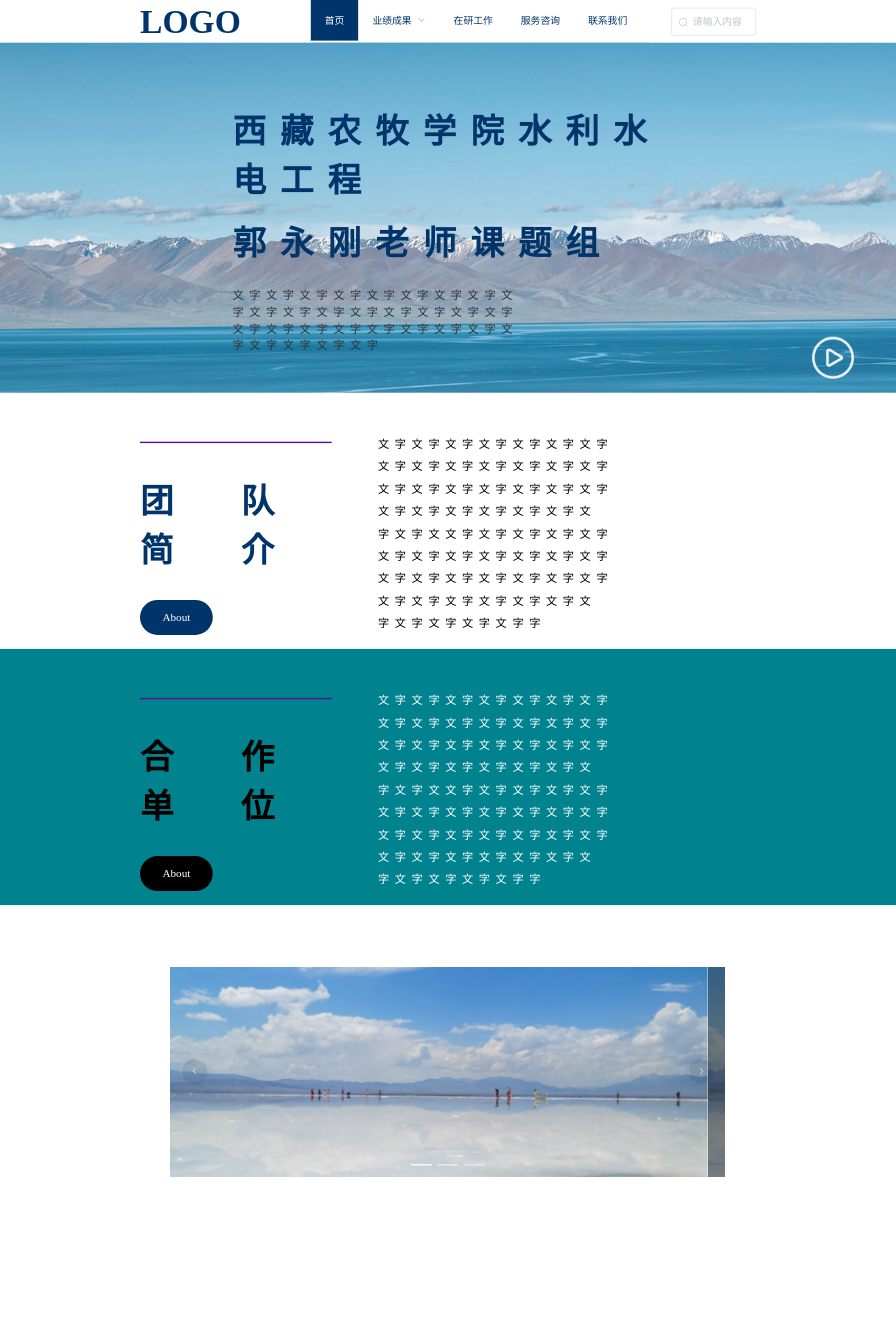
Repository: BLSY/xzust
Page: /
The author's editor kept a copy of each file at every save. The page is drawn from the files as they stood at one save, then again after the next save.
The browser window is 1280 px wide. The pictures show the whole page, at 70% of full size.
The project was rebuilt for these pictures with package versions that can differ from the ones it lists, and the page was loaded fresh each time.

Above is the page before, as saved 2022-11-27 11:02:08.

### index.html
<!DOCTYPE html>
<html>
  <head>
    <meta charset="utf-8">
    <meta name="viewport" content="width=device-width,initial-scale=1.0">
    <title>student</title>
  </head>
  <body style="margin:0;">
    <div id="app"></div>
    <!-- built files will be auto injected -->
  </body>
</html>

### src/main.js
// The Vue build version to load with the `import` command
// (runtime-only or standalone) has been set in webpack.base.conf with an alias.
import Vue from 'vue'
import App from './App'
import ElementUI from 'element-ui';
import 'element-ui/lib/theme-chalk/index.css';
import router from './router'

Vue.use(ElementUI);
Vue.config.productionTip = false

/* eslint-disable no-new */
new Vue({
  el: '#app',
  router,
  components: { App },
  template: '<App/>'
})

### src/App.vue
<template>
  <div id="app">
    <router-view/>
  </div>
</template>

<script>
export default {
  name: 'App'
}
</script>

<style>
#app {

}
</style>

### src/components/HelloWorld.vue
<template>
  <div class="indexBox">
    <div class="nav">
      <div class="login">LOGO</div>
      <div class="navList">
        <el-menu
          :default-active="activeIndex2"
          class="el-menu-demo"
          mode="horizontal"
          @select="handleSelect"
          background-color="#fff"
          text-color="#00356B"
          active-text-color="#fff"
        >
          <el-menu-item index="1">首页</el-menu-item>
          <el-submenu index="2">
            <template slot="title">业绩成果</template>
            <el-menu-item index="2-1">选项1</el-menu-item>
            <el-menu-item index="2-2">选项2</el-menu-item>
            <el-menu-item index="2-3">选项3</el-menu-item>
          </el-submenu>
          <el-menu-item index="3">在研工作</el-menu-item>
          <el-menu-item index="4">服务咨询</el-menu-item>
          <el-menu-item index="5">联系我们</el-menu-item>
        </el-menu>
      </div>
      <div class="serch">
        <el-input
          placeholder="请输入内容"
          prefix-icon="el-icon-search"
          v-model="input2"
        >
        </el-input>
      </div>
    </div>
    <div class="top">
      <div class="toptext">
        <h3 class="h-text">西藏农牧学院水利水电工程</h3>
        <h3 class="h-text" >郭永刚老师课题组</h3>
        <div class="detil">
          文字文字文字文字文字文字文字文字文字文字文字文字文字文字文字文字文字文字文字文字文字文字文字文字文字文字文字文字文字文字
        </div>

      </div>
      <div class="starvidio">
        </div>
    </div>
    <div class="team">
      <div class="team-left">
        <div class="line"></div>
        <h3 class="team-title">团队简介</h3>
        <div class="team-icon">About</div>
      </div>
      <div class="team-right">
        <div class="team-text">
          文字文字文字文字文字文字文字文字文字文字文字文字文字文字文字文字文字文字文字文字文字文字文字文字文字文字文字文
          字文字文文字文字文字文字文字文字文字文字文字文字文字文字文字文字文字文字文字文字文字文字文字文字文字文字文字文
          字文字文字文字文字字
        </div>

      </div>
    </div>
     <div class="cooperation">
      <div class="cooperation-left">
        <div class="line"></div>
        <h3 class="cooperation-title">合作单位</h3>
        <div class="cooperation-icon">About</div>
      </div>
      <div class="cooperation-right">
        <div class="cooperation-text">
          文字文字文字文字文字文字文字文字文字文字文字文字文字文字文字文字文字文字文字文字文字文字文字文字文字文字文字文
          字文字文文字文字文字文字文字文字文字文字文字文字文字文字文字文字文字文字文字文字文字文字文字文字文字文字文字文
          字文字文字文字文字字
        </div>

      </div>
    </div>
    <div class="preject">
      <div class="carousel">
         <el-carousel :interval="5000" arrow="always">
          <el-carousel-item v-for="(item,index) in imgList" :key="index">
            <img :src="item.idView"  class="image">
          </el-carousel-item>
        </el-carousel>
      </div>
    </div>
  </div>
</template>

<script>
export default {
  name: "HelloWorld",
  data() {
    return {
      activeIndex2: "1",
      input2: "",
      imgList:[
        {idView:require('../assets/preject.jpg')},
        {idView:require('../assets/black-preject.jpg')},
        {idView:require('../assets/topbackg.jpg')}
      ]
    };
  },
  props: {
    msg: String,
  },
  methods: {
    handleSelect(key, keyPath) {
      console.log(key, keyPath);
    },
  },
};
</script>

<!-- Add "scoped" attribute to limit CSS to this component only -->
<style scoped >
*{
  list-style: none;
}
h3{
  margin: 0;
  padding: 0;
  margin: 10px 0;
}
html{
  font-size: 16px;
}
.indexBox {
  width: 100%;
  height: 100%;
  position: relative;
  box-sizing: border-box;
}
.nav {
  display: flex;
  align-items: center;
  justify-content: center;
  padding: 0 200px;
}
.login {
  flex: 1;
  display: inline-block;
  font-size: 3em;
  font-weight: bold;
  color: #00356B;
  font-family: MicrosoftYaHei;
  margin-right: 100px;
}
.navList{
  flex: 4;
  display: inline-block;
  min-width:55%;
  font-size: 2em;
}
.serch{
  flex: 1;
  display: inline-block;
  margin-left:30px ;
}
.el-menu-item.is-active{
  background: #00356B !important;
}
.top{
  box-sizing: border-box;
  background: url(../assets/topbackg.jpg) no-repeat;
  background-size:100% 100% ;
  position: relative;
  height: 500px;
  display: flex;
  align-items: center;
  justify-content: center;
  /* text-align: center; */
  overflow: hidden;
  padding: 0 200px;
}
  .toptext{
    display: inline-block;
    margin-top: 20px;
    width: 70%;
    text-align: left;
  }
  .h-text{
    display: inline-block;
    color: #00356B;
    font-size: 3em;
    letter-spacing:20px;
  }
  .detil{
    margin-top: 20px;
    display: inline-block;
    width:70%;
    font-size: 1em;
    text-align: left;
    letter-spacing: 0.5em;
    color:#333;
  }
  .starvidio{
    background: url(../assets/bapfang.png) no-repeat;
    background-size:100% 100% ;
    position: absolute;
    bottom: 20px;
    right: 60px;
    height: 60px;
    width: 60px;
  }
  .team{
    height: 366px;
    display: flex;
    flex-direction: row;
    align-items: center;
    justify-content: space-between;
    padding: 0 200px;
  }
  .team-left{
    height: 250px;
    flex: 1;
    text-align: cente;
    display: inline-block;
    vertical-align: top;
  }
  .team-right{
    height: 250px;
    flex: 1;
    padding-right:200px ;
    display: inline-block;
    vertical-align: top;
  }
  .team-text{
    text-align: left;
   letter-spacing:0.5em;
   line-height: 2em;
  }
  .team-title{
    color: #00356B;
    font-size: 3em;
    letter-spacing:2em;
    margin: 40px 0;
  }
  .line{
    display: inline-block;
    margin: auto;
    width: 80%;
    border: 1px solid #5D0E8B;
  }
  .team-icon{
    text-align: center;
    width: 104px;
    height: 50px;
    line-height: 50px;
    color: #fff;
    font-size: 1em;
    background: #00356B;
    border-radius: 25px;
  }
  .cooperation{
    height: 366px;
    display: flex;
    background:#00838F ;
    flex-direction: row;
    align-items: center;
    justify-content: space-between;
    padding: 0 200px;
  }
   .cooperation-left{
    height: 250px;
    flex: 1;
    text-align: cente;
    display: inline-block;
    vertical-align: top;
  }
  .cooperation-right{
    height: 250px;
    flex: 1;
    padding-right:200px ;
    display: inline-block;
    vertical-align: top;
  }
  .cooperation-text{
    text-align: left;
   letter-spacing:0.5em;
   line-height: 2em;
   color: #fff;
  }
  .cooperation-title{
    color: #000;
    font-size: 3em;
    letter-spacing:2em;
    margin: 40px 0;
  }

  .cooperation-icon{
    text-align: center;
    width: 104px;
    height: 50px;
    line-height: 50px;
    color: #fff;
    font-size: 1em;
    background: #000000;
    border-radius: 25px;
  }
.preject{
  /* height: 366px; */
  display: flex;
  justify-content: center;
  flex-direction: row;
  align-items: center;
  padding: 0 200px;
}
.carousel{
  margin: 88px auto;
  height: 425px;
  width: 90%;
}
/* 轮播图无图片样式 有图片可删除 */

  .image{
    width: 100%;
    height: inherit;
  }
</style>

Loaded but not shown: src/router/index.js (common file)

After the next save:
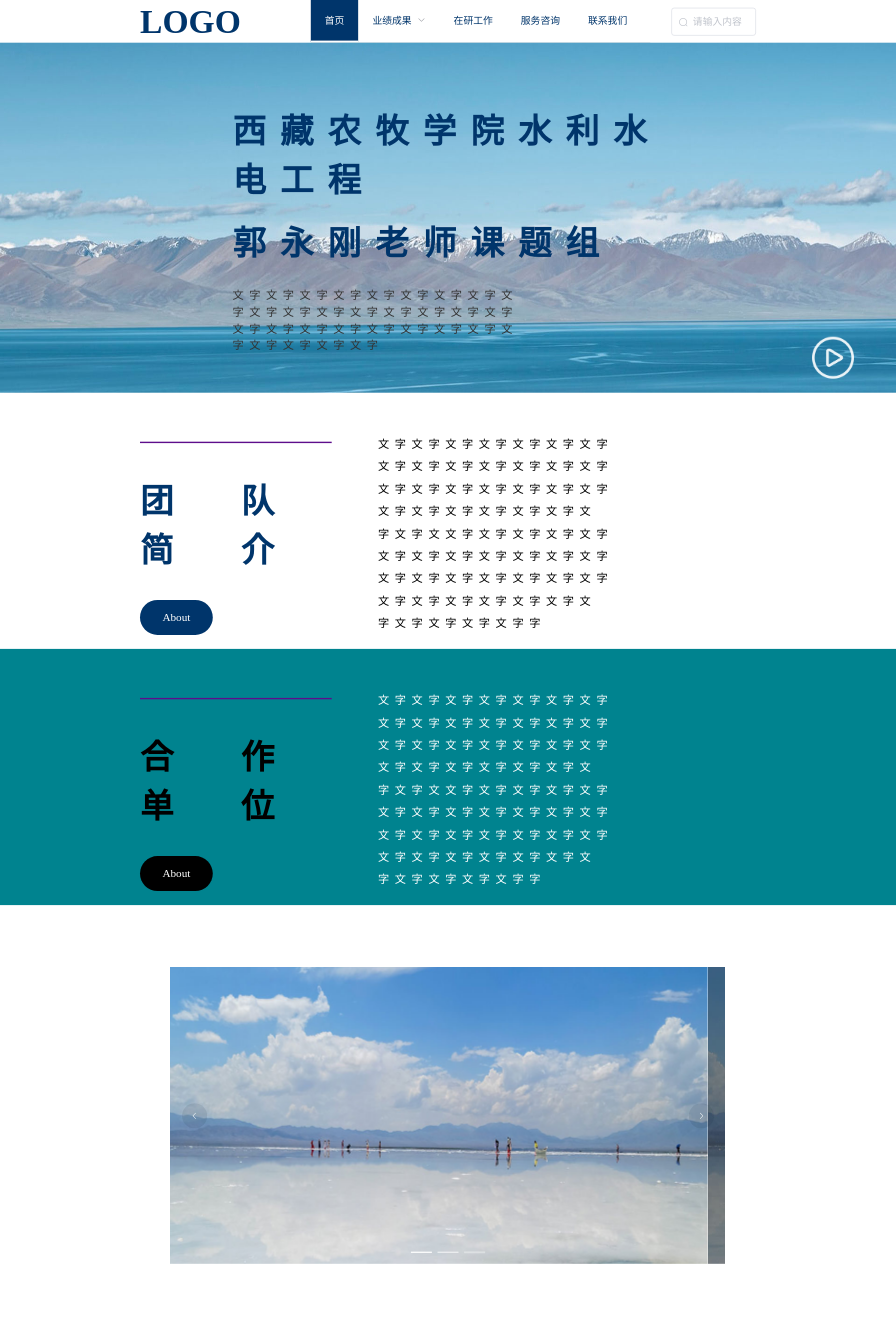
Saved 80 s later.
--- a/src/components/HelloWorld.vue
+++ b/src/components/HelloWorld.vue
@@ -77,7 +77,7 @@
     </div>
     <div class="preject">
       <div class="carousel">
-         <el-carousel :interval="5000" arrow="always">
+         <el-carousel :interval="5000" arrow="always" height="425px">
           <el-carousel-item v-for="(item,index) in imgList" :key="index">
             <img :src="item.idView"  class="image">
           </el-carousel-item>
